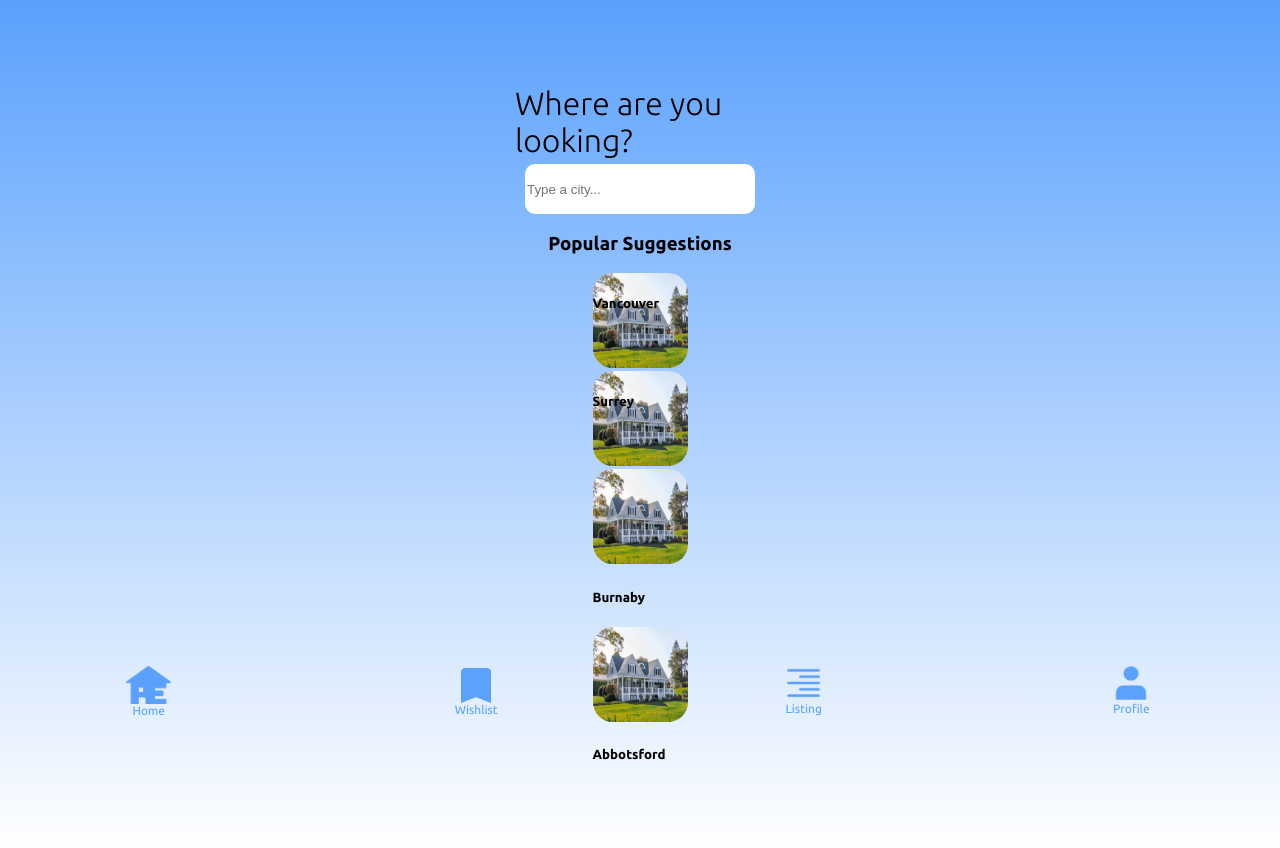
Repository: msyukurrr/realeasy
Page: /listing
These files come from the project's save history. The page is drawn as it stood at one moment and after the next save; the edit follows.
The browser window is 1280 px wide. The pictures show the whole page.
The project was rebuilt for these pictures with package versions that can differ from the ones it lists, and the page was loaded fresh each time. The framework's server and built-in components were replaced by stand-ins that run in the browser. Also part of the build but not shown: next.config.js, components/Button.js.

Above is the page before, as saved 2023-01-27 20:29:13.

After the next save:
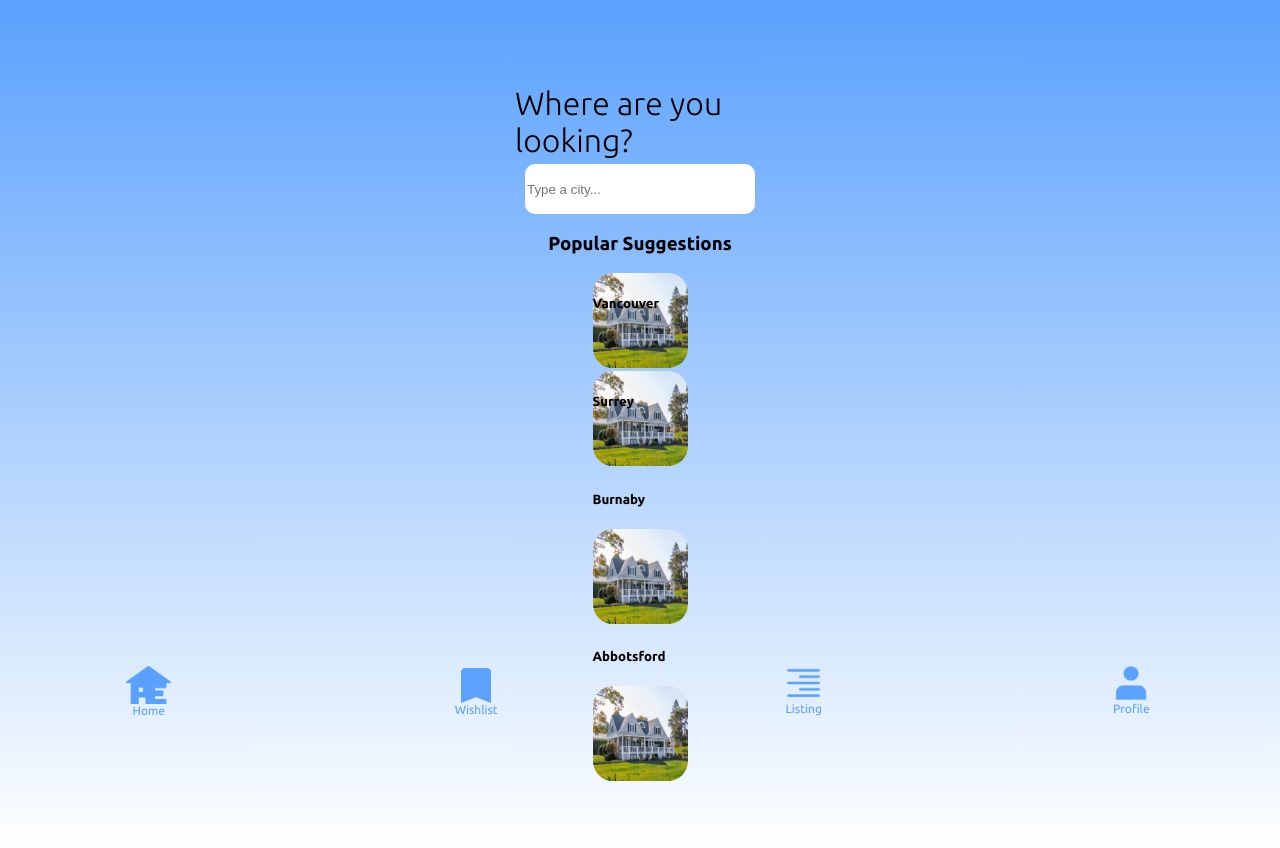
Saved 13 s later.
--- a/pages/listing.js
+++ b/pages/listing.js
@@ -31,13 +31,15 @@ export default function Listing({
         </div>
 
         <div>
+            <h5>Burnaby</h5>
             <img src="house.png" style={{width:95, height:95, borderRadius:20}}/>
-            <h5>Burnaby</h5>
+
         </div>
 
         <div>
+            <h5>Abbotsford</h5>
             <img src="house.png" style={{width:95, height:95, borderRadius:20}}/>
-            <h5>Abbotsford</h5>
+
         </div>
 
 
